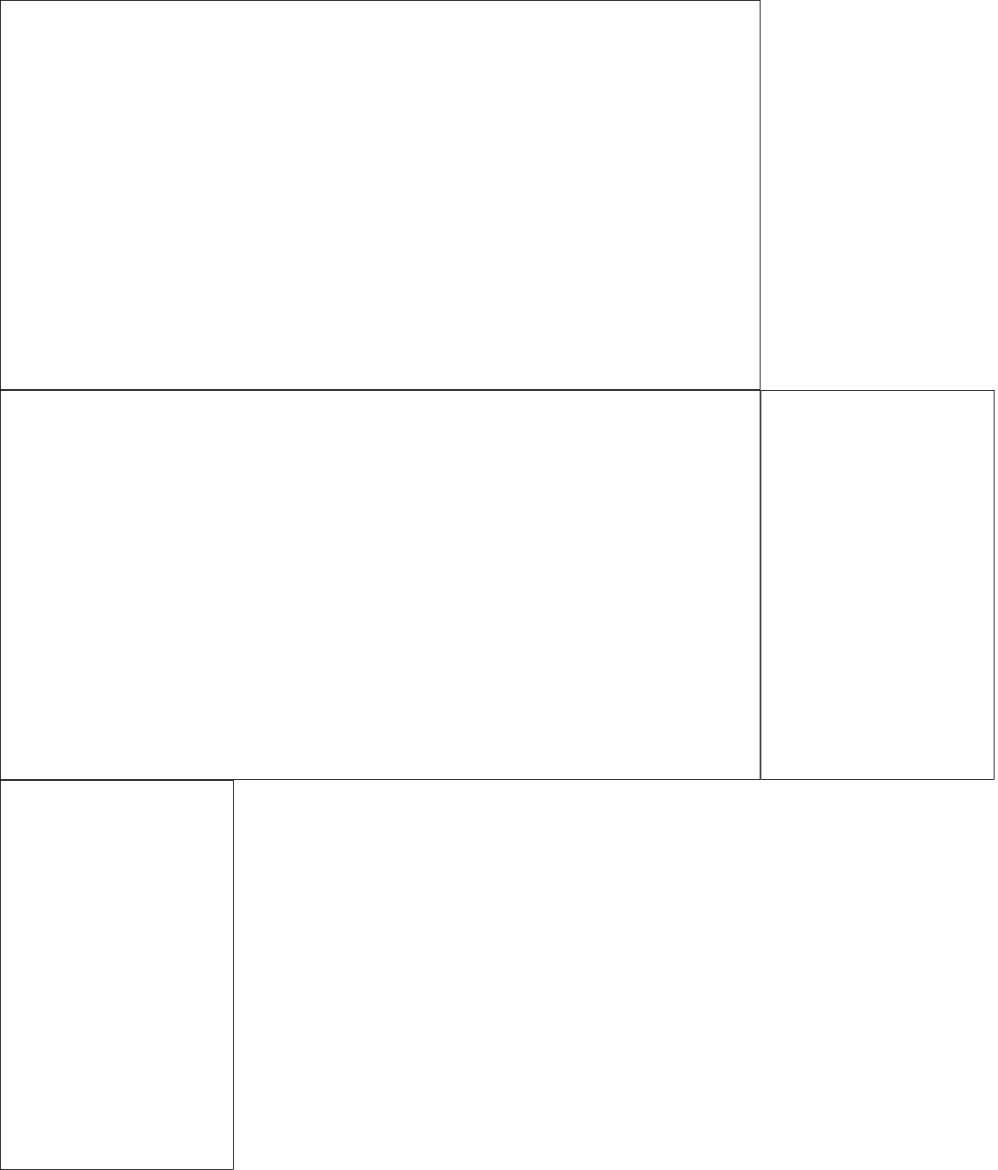
Repository: JavaJin96/kr.or.ddit.HighJava
Page: http://localhost/TeamProjectDCUM/main/mainshow.jsp
The author's editor kept a copy of each file at every save. The page is drawn from the files as they stood at one save, then again after the next save.
The browser window is 1280 px wide. The pictures show the whole page, at 78% of full size.
The page is served by Tomcat 9.

Above is the page before, as saved 2022-02-15 12:32:46.

After the next save:
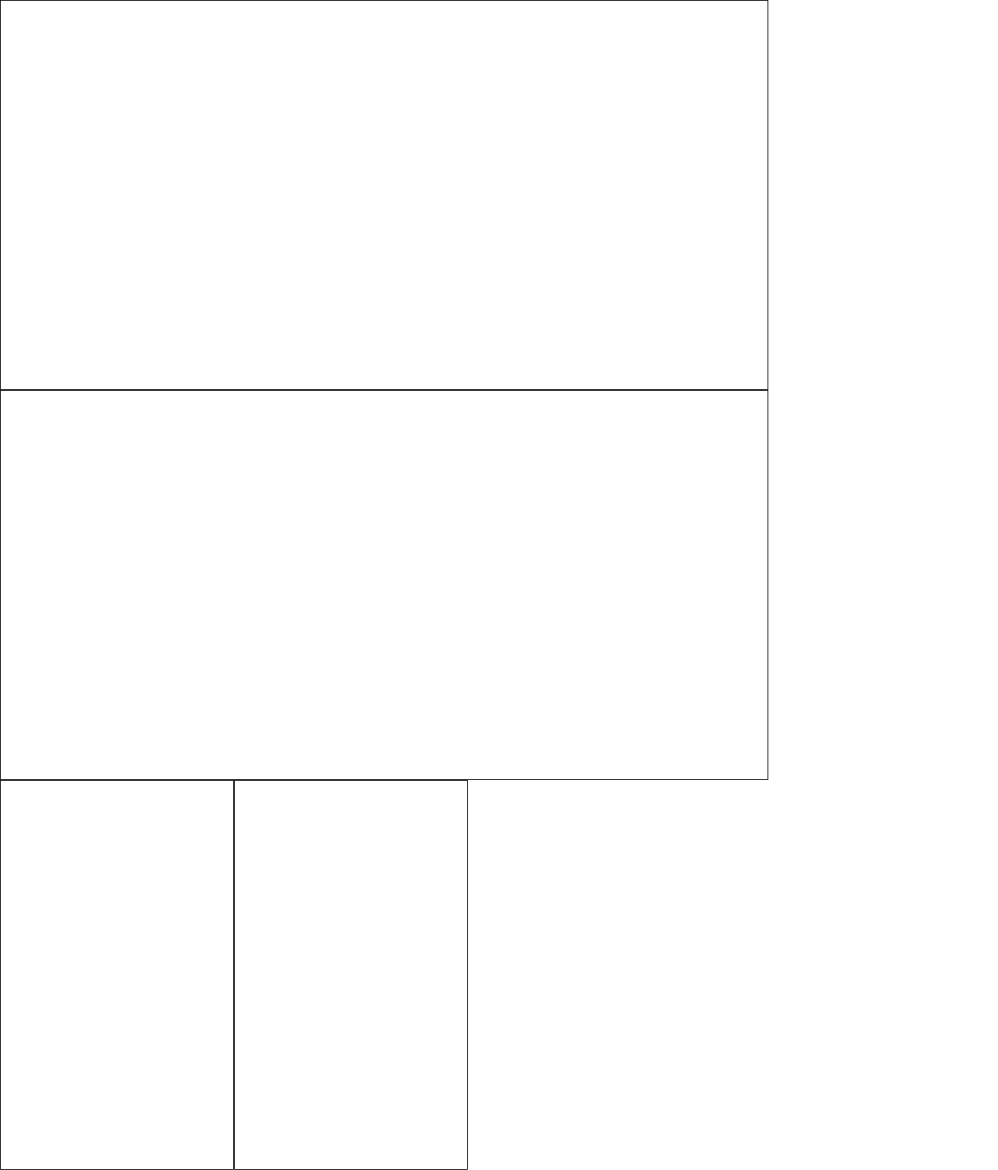
Saved 14 s later.
--- a/3.Highjava/workspace/TeamProjectDCUM/WebContent/main/mainshow.jsp
+++ b/3.Highjava/workspace/TeamProjectDCUM/WebContent/main/mainshow.jsp
@@ -20,7 +20,7 @@
 	#d1, #d2{
 		display : inline-block;
 		float : left;
-		width : calc(99.6% - 300px);
+		width : calc(99.6% - 290px);
 		height : 500px;
 	}
 	#d3, #d4{
